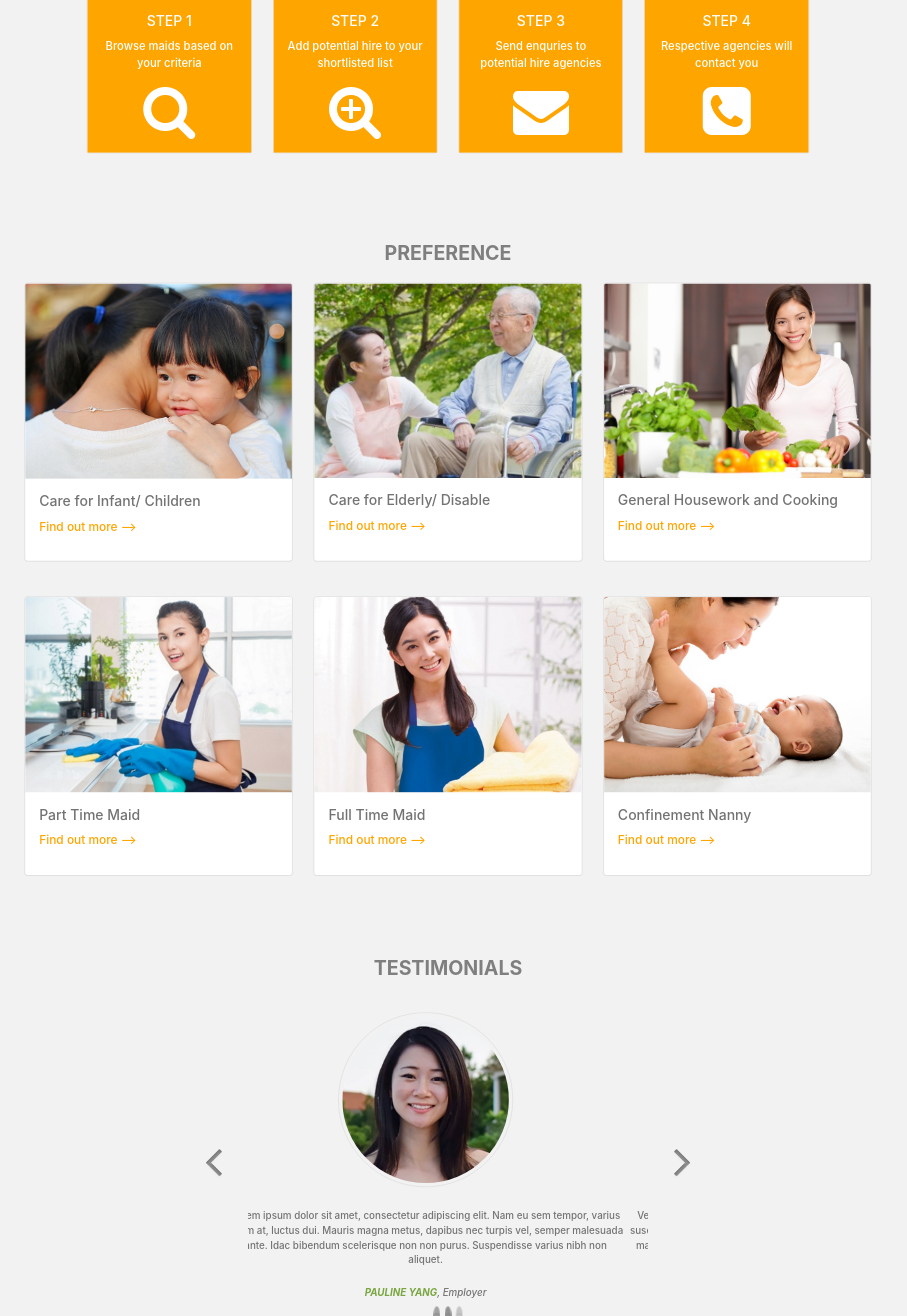
Repository: Code-Institute-Submissions/eileensiah-Project-4
Page: http://localhost/
The author's editor kept a record of every edit. The page is drawn from the files as they stood at one moment, then again after the next edit.
The browser window is 1280 px wide. The page is 1295 px wide, so the pictures cover 1295 px, including what lies to the right of the window. The pictures show the part of the page from y = 820 to 2700 px (the page is 3319 px tall), at 70% of full size.
Some web libraries are served in a nearby version. The page is served by the project's application, run on Django 2.2 (manage.py). Other server files are loaded and not shown.

Above is the page before.

### webfront/views.py
from django.shortcuts import render, HttpResponse
from agency.models import Maid
from accounts.models import User, Employer
from django.shortcuts import redirect
from django.shortcuts import get_object_or_404
from agency.models import Enquiry, Shortlist
from django.contrib import messages
from shortlisted_cart.models import ShortlistedMaid

# Create your views here.

def home(request):
    if request.user.is_authenticated:
        if request.user.role == "Agency":
            return redirect("enquiry")
        else:
            return redirect("index")


def index(request):

    return render(request, "index.html")



def searchmaid(request):

    filter = request.GET;
    results = {
        'nationality': filter.get("nationality"),
        'type_of_maid': filter.get('type_of_maid'),
        'main_responsibility': filter.get('main_responsibility'),
        'language_ability': filter.get('language_ability'),
        'marital_status': filter.get('marital_status'),
        'age': filter.get('age'),
    }
    print(results)
    if results["nationality"]== "none" or results['nationality']==None:
        del results["nationality"]

    if results["type_of_maid"]== "none" or results['type_of_maid']==None:
        del results["type_of_maid"]

    if results["main_responsibility"]== "none" or results['main_responsibility']==None:
        del results["main_responsibility"]

    if results["language_ability"]== "none" or results['language_ability']==None:
        del results["language_ability"]

    if results["marital_status"]== "none" or results['marital_status']==None:
        del results["marital_status"]

    if results["age"]== "none" or results['age']==None:
        del results["age"]

    if len(results) >0:
        print(results)
        searchmaid = Maid.objects.filter(**results)

    else:
        searchmaid = Maid.objects.all()
    context = {
        "searchmaid": searchmaid
    }
    return render(request, "searchmaid.html" , context)

def searchmaidresponsibility(request,responsibility):
    searchmaid = Maid.objects.filter(main_responsibility=responsibility)
    context = {
        "searchmaid": searchmaid
    }
    return render(request, "searchmaid.html" , context)


def contactus(request):
    employer = None
    if request.user.is_authenticated and request.user.role == "Employer":
        employer = Employer.objects.get(user=request.user)
    if request.method == 'POST':
        enquiry= Enquiry()
        enquiry.name= request.POST.get('input_name')
        enquiry.phonenumber= request.POST.get('input_phonenumber')
        enquiry.email= request.POST.get('input_email')
        enquiry.nationality= request.POST.get('input_nationality')
        enquiry.main_responsibility= request.POST.get('input_responsibility')
        enquiry.type_of_maid= request.POST.get('input_type_of_maid')
        enquiry.age= request.POST.get('input_age')
        enquiry.message= request.POST.get('input_message')
        enquiry.save()
    return render(request, "contactus.html", {
        "employer": employer
    })



def shortlisted(request):
    shortlisted_maids = None
    employer = None
    if request.user.is_authenticated and request.user.role == "Employer":
        employer = Employer.objects.get(user=request.user)
        shortlisted_maids = list(ShortlistedMaid.objects.filter(owner=employer))
    if request.method == 'POST':
        if request.user.is_authenticated and request.user.role == "Employer":
            for shortlisted_maid in shortlisted_maids:
                shortlist= Shortlist()
                shortlist.employer = employer
                shortlist.maid = shortlisted_maid.maid
                shortlist.agency = shortlisted_maid.maid.agency_name
                shortlist.message= request.POST.get('input_message')
                shortlist.save()
        else:
            return redirect("login")
    return render(request, "shortlisted.html", {
        "employer": employer,
        "shortlisted_maids": shortlisted_maids
    })

def login_required(request):
    return render(request,"loginrequired.html")

### template/webfront_base.html
{% load static %}


<!DOCTYPE html>
<html lang="en">
<head>
    <meta charset="UTF-8">
    <meta name="viewport" content="width=device-width, initial-scale=1.0">
    <meta http-equiv="X-UA-Compatible" content="ie=edge">
    <link href="https://fonts.googleapis.com/css?family=Roboto:400,700|Open+Sans" rel="stylesheet">
    <link rel="stylesheet" href="https://stackpath.bootstrapcdn.com/bootstrap/4.3.1/css/bootstrap.min.css" type="text/css" />
    <link rel="stylesheet" href="https://stackpath.bootstrapcdn.com/font-awesome/4.7.0/css/font-awesome.min.css" type="text/css" />
    <link rel="stylesheet" href="https://cdnjs.cloudflare.com/ajax/libs/hover.css/2.1.1/css/hover-min.css" type="text/css" />
    <link rel="stylesheet" href="{% static "style.css" %}"type="text/css" />
    <title>{% block title %}{% endblock %}</title>
</head>


<body>

<header>
  <nav class="navbar navbar-expand-lg navbar-light bg-white">
  <a class="navbar-brand" href="{% url 'index' %}"><img id="logo" class="pl-4 img-fluid d-md-block" src="{% static "images/logo.jpg" %}" alt=""></a>
  <button class="navbar-toggler" type="button" data-toggle="collapse" data-target="#navbarSupportedContent" aria-controls="navbarSupportedContent" aria-expanded="false" aria-label="Toggle navigation">
    <span class="navbar-toggler-icon"></span>
  </button>

  <div class="collapse navbar-collapse" id="navbarSupportedContent">
    <ul class="navbar-nav mr-auto">
      {% block navbar %}{% endblock %}
      <!--</div>-->
    </ul>
    <ul class="nav pull-right">
      {% if user.is_authenticated %}
        <li class="nav-item">
          <p class=nav-link>Hi, {{ user.username }}</p>
        </li>
         <li>
          <a class="nav-link" href="{% url 'logout' %}">Log Out</a>
        </li>
        {% else %}
         <li>
          <a class="nav-link" href="{% url 'login' %}">Employer Log In</a>
        </li>
         <li>
          <a class="nav-link" href="{% url 'employer_signup' %}">Employer Sign Up</a>
        </li>
        {% endif %}
    </ul>

  </div>
</nav>
</header>


{% block content %}{% endblock %}


<article>
  <section>
  <div class="row enquiry-container">
    <div class="col-md-2"></div>

    <div class="col-md-4">
      <h5 class ="enquiry-header">Let us help you find the most suitable maid</h5>
      <p class ="enquiry-content text-justify">OnlineMaid is the leading platform to find maids from local service providers.  Use our platform to shortlist potential maids and get local service providers to furnish you with further details. All service providers are vetted!</p>
      <button type="button" class="btn enquiry-btn" onclick="location.href='{% url 'contactus' %}'">Get Started Here</button>
    </div>

    <div class="col-md-4 ">
      <img class="img-responsive w-100" src="{% static "images/enquiry-image.jpg" %}" alt="Card image cap">
  </div>

    <div class="col-md-2"></div>
  </div>
  </section>
</article>


<footer class="page-footer font-small footer-style pt-4">
  <div class="container-fluid text-center text-md-left">
    <div class="row d-flex justify-content-around">

      <div class=" footer-left col-md-3 mt-md-0 mt-3">
        <p class="footer-content">Reach us @ +65 8200 0000</p>
        <p class= "footer-content">sales@onlinemaid.com.sg</p>

        <!-- social -->
        <a href="#" class="social so1 fa fa-facebook"></a>
        <a href="#" class="social fa fa-twitter"></a>
        <a href="#" class="social fa fa-google-plus"></a>
        <a href="#" class="social fa fa-linkedin"></a>
        <a href="#" class="social fa fa-pinterest"></a>
      </div>

      <div class="col-md-3 mb-md-0 mb-3">
        <ul class="list-unstyled">
          <li>
            <a href="{% url 'index' %}">Home</a>
          </li>
          <li>
            <a href="{% url 'searchmaid' %}">Search Maid</a>
          </li>
          <li>
            <a href="{% url 'shortlisted' %}">Shortlisted</a>
          </li>
          <li>
            <a href="{% url 'contactus' %}">Enquiry</a>
          </li>
        </ul>
      </div>

      <div class="col-md-3 mb-md-0 mb-3">
        <ul class="list-unstyled">
          {% if user.is_authenticated %}
          {% if user.role == "Agency" %}
          <li>
            <a href="{% url 'enquiry' %}">Agency Home</a>
          </li>
          {% endif %}
          <li>
            <a href="{% url 'logout' %}">Log Out</a>
          </li>
          {% else %}
          <li>
            <a href="{% url 'login' %}">Agency Log In</a>
          </li>
          <li>
            <a href="{% url 'agency_signup' %}">Agency Sign Up</a>
          </li>
          {% endif %}
        </ul>
      </div>

    </div>
  </div>

  <div class="footer-copyright text-center py-3">© 2019 Copyright OnlineMaid.  All Rights Reserved</div>
</footer>


<script src="https://code.jquery.com/jquery-3.3.1.slim.min.js" integrity="sha384-q8i/X+965DzO0rT7abK41JStQIAqVgRVzpbzo5smXKp4YfRvH+8abtTE1Pi6jizo" crossorigin="anonymous"></script>
<script src="https://cdnjs.cloudflare.com/ajax/libs/popper.js/1.14.7/umd/popper.min.js" integrity="sha384-UO2eT0CpHqdSJQ6hJty5KVphtPhzWj9WO1clHTMGa3JDZwrnQq4sF86dIHNDz0W1" crossorigin="anonymous"></script>
<script src="https://stackpath.bootstrapcdn.com/bootstrap/4.3.1/js/bootstrap.min.js" integrity="sha384-JjSmVgyd0p3pXB1rRibZUAYoIIy6OrQ6VrjIEaFf/nJGzIxFDsf4x0xIM+B07jRM" crossorigin="anonymous"></script>
{%block footer_js %}
{%endblock%}
</body>
</html>

### onlinemaid/urls.py
# onlinemaid urls


from django.contrib import admin
from django.urls import path, include
from webfront.views import index, searchmaid, contactus, shortlisted
from django.conf.urls.static import static
from django.conf import settings
from django.conf.urls import url


urlpatterns = [
    path('admin/', admin.site.urls),
    path('', include('webfront.urls')),
    path('accounts/', include('accounts.urls')),
    path('accounts/', include('django.contrib.auth.urls'), name='login'),
]+ static(settings.MEDIA_URL, document_root=settings.MEDIA_ROOT)

### webfront/urls.py
# webfront ulrs


from django.urls import path
from django.conf.urls import url
from .views import index, searchmaid, contactus, shortlisted,home, login_required, searchmaidresponsibility


urlpatterns = [
    path('', index, name="index"),
    path('searchmaid', searchmaid, name="searchmaid"),
    path('searchmaidr/<responsibility>', searchmaidresponsibility, name="searchmaidr"),
    path('shortlisted', shortlisted, name="shortlisted"),
    path('contactus', contactus, name="contactus"),
    path('home', home, name="home"),
    path('login_required', login_required, name="login_required"),
]

### accounts/urls.py
from django.urls import path
from django.conf.urls import url
from .views import SignUpView, AgencySignUpView, EmployerSignUpView
from . import views

urlpatterns = [
    path('signup/', SignUpView.as_view(), name='user_register'),
    path("account_edit/<pk>/", views.account_edit, name="account_edit"),
    url(r'^password/$', views.change_password, name='change_password'),
    path('accounts/signup/agency/', AgencySignUpView.as_view(), name='agency_signup'),
    path('accounts/signup/employer/', EmployerSignUpView.as_view(), name='employer_signup'),
]

### static/style.css

/*overall*/
*{
    padding: 0;
    margin: 0;
    box-sizing: border-box;
    color: #737373;
    font-weight: 500;
}



/*header*/
#logo {
    height: 55px;
    max-width:100%;
}

.active{
     font-size: 25px;
}

.nav-item{
    padding: 0px 20px;
    font-weight:600;
    font-size: 18px;

}

.nav-link {
        color: #0571bb !important;
}

.active .nav-link {
   color: #234c7a !important;
   font-weight: bold;
}


/*footer*/
.footer-style{
    background: #666666;
}


.footer-content,
.social,
.footer-copyright,
.list-unstyled a {
    color: white;
}


.footer-left a:hover,
.list-unstyled a:hover {
   color:orange;
}


.list-unstyled a {
   text-decoration: none;
}


.footer-copyright{
    font-size: 12px;
}



/*Section 1-jumbotron*/
.j1 {
    background-image: url("images/banner.jpg");
    background-size: cover;
    color: white;
    padding : 120px 0px;
    margin: 0px 0px 120px;
     }


.maids-portal,
.getStarted{
   text-align: center;
    font-weight: 600;
    color: white;
    margin: 0px 20px 20px 20px;
    margin-bottom: 20px;
}


.getStarted{
    font-size: 20px;
}


.form-row {
    padding: 50px 0px 0px 0px;
}


.form-control {
    color: #737373;
    font-weight: 500;
}


.btn {
    background-color: #808080;
    color: white;
    padding: 0px 40px;
    font-weight: 600;
}


.btn:hover {
    background: orange;
    color: white;
}

@media (max-width:768px) {
    .form-row {
        padding:40px;
    }
}

/*section 2 - 4 Steps*/
.section-header{
    text-align: center;
    margin: 80px 0px 10px 0px ;
    line-height: 25px;
    font-weight: 700;
    position: relative;
    opacity: 0.9;
}


.steps-line{
    text-align: center;
    margin: 20px;
    padding: 0px;
    line-height: 25px;
    font-size: 18px;
}


.four-steps-container {
    margin: 50px 0px 0px 0px;
}


.steps-box {
    background-color: orange;
    text-align: center;
    font-weight: 500;
    color: white;
}


.steps-box-content {
    color: white;
}


.i{
    font-size: 100px;
}



/*index.html section 3*/
.six-choices-1 {
   margin: 30px 20px 30px 20px;
}


.six-choices-2 {
   margin: 30px 20px 20px 20px;
}


.maid-experience a:hover{
    text-decoration: none;
}


.maid-experience p {
    color: orange;
    font-size: 17px;
}



/*section 4 - enquiry-box*/
.enquiry-container {
    min-height: 350px;
    background-color: #999999;
    color: white;
    margin: 80px 0px 0px;
}


.enquiry-header {
    margin: 40px 30px 20px;
    /*margin-bottom: 20px;*/
    color: white;
}


.enquiry-content {
 font-size: 16px;
 margin: 40px 30px 20px;

 color: white;
}


.enquiry-btn{
    background: orange;
    color: white;
    padding: 0px 20px;
    min-height: 38px;
    margin: 0px 50px 30px;
    font-weight: 600
}


.filter-btn{
    background: orange;
    color: white;
    padding: 0px 70px;
    min-height: 40px;
    font-weight: 600
}


.shortlisted-btn{
    background: orange;
    color: white;
    padding: 0px 70px;
    min-height: 40px;
    font-weight: 600;
    margin: 10px 20px;
}



.contact-form .btn-primary:hover,
.enquiry-btn:hover,
.filter-btn:hover,
.bio-btn:hover,
.signupbtn:hover{
    background: #1d93e2;
    color: white;
    border: none;
}


/*section 5 - testimonial*/
.carousel {
	margin: 50px auto;
	padding: 0 70px;
}

.carousel .item {
	/*color: #999;*/
	font-size: 14px;
    text-align: center;
	overflow: hidden;
    min-height: 290px;
}


.carousel .item .img-box {
	width: 250px;
	height: 250px;
	margin: 0 auto;
	padding: 5px;
	border: 1px solid #ddd;
	border-radius: 50%;
}


.carousel .img-box img {
	width: 100%;
	height: 100%;
	display: block;
	border-radius: 50%;
}


.carousel .testimonial {
	padding: 30px 0 10px;
}


.carousel .overview {
	font-style: italic;
}


.overview b {
	text-transform: uppercase;
	color: #7AA641;
}


.carousel .carousel-control {
	width: 40px;
    height: 40px;
    margin-top: -20px;
    top: 50%;
	background: none;
}


.carousel-control i {
    font-size: 68px;
	line-height: 42px;
    position: absolute;
    display: inline-block;
	color: rgba(0, 0, 0, 0.8);
    text-shadow: 0 3px 3px #e6e6e6, 0 0 0 #000;
}


.carousel .carousel-indicators {
	bottom: -40px;
}


.carousel-indicators li, .carousel-indicators li.active {
	width: 10px;
	height: 10px;
	margin: 1px 3px;
	border-radius: 50%;
}


.carousel-indicators li {
	background: #999;
	border-color: transparent;
	box-shadow: inset 0 2px 1px rgba(0,0,0,0.2);
}


.carousel-indicators li.active {
	background: #555;
	box-shadow: inset 0 2px 1px rgba(0,0,0,0.2);
}





/*searchMaid Jumbotron*/

.header-jumbotron {
   background-image: url("images/banner.jpg");
    background-size: cover;
    padding : 30px 0px 30px 125px;
    /*margin-bottom: 30px;*/
    opacity: 0.8;
     }


.header-jumbotron-text{
    color: white;
    font-weight: 700
}


.bio-container {
    margin: 110px 0px 0px 0px;

}


@media (min-width:768px) {
    .bio-container {
       padding-left: 50px;
    }
}


.padding-left{
    padding-left: 40px;
}

.filter {
    margin: 10px 30px 20px 0px;

    color: #737373;
}


.filter-dropdown-box{
    height: 50px;
}


.maid-name{
    font-size: 20px;
    font-weight: 700;
    padding: 15px 0px 0px;
}


.small-label{
    font-size:13px;
    margin: 7px 0px;
}

.big-label{
    margin: 0px;
    padding: 0px;
}


.name-and-country,
.age-marital-status,
.maid-type,
.agency-name{
   padding: 0px 0px 5px 10px;
   margin: 0px 10px 2px;
   border-bottom-color: #e6e6e6;
   border-top:none;
}


.bio-btn{
    padding: 7px 0px;
    margin: 5px 10px;
    border: 0px;
    background: orange;
    font-weight: 600
}


.pagination-margin{
    margin: 50px 0px 0px;
}

@media (min-width:768px) {
    .card-deck{
        margin-bottom:50px;
    }
}

@media (max-width:768px) {
    .card-deck{
        padding: 0px 20px;
    }
}


/*enquiry-form*/
.searchmaid-body,
.enquiry-body{
        background: #f5f5f5;
    }


.contact-form {
    padding: 10px 50px;
}


.contact-form .btn  {
    min-height: 38px;
    border-radius: 5px;
    min-width: 150px;
    background: orange;
    border: none;
}


.hint-text {
    font-size: 18px;
    padding-bottom: 30px;
    opacity: 0.9;
}


.particular {
    opacity: 0.7;
}


.hint-text{
    text-align:center;
}



/*Price list css style*/
/*container background colour*/
body {
  background: #F2F2F2;
  padding: 0;
  maring: 0;
}


/*overall container*/
#price {
  text-align: center;
  margin-top: 50px;
}


/*individual plan container with margin*/
.plan {
  display: inline-block;
  margin: 10px 1%;
}


/*inner area of each plan*/
.plan-inner {
  background: #fff;
  margin: 0 auto;
  min-width: 280px;
  max-width: 100%;
  position:relative;
}


.plan-title {
  /*background: #53CFE9;*/
  height: 140px;
  position: relative;
  text-align: center;
  color: #fff !important;
  margin-bottom: 30px;
}


.plan-title>h3 {
  /*background: #20BADA;*/
  font-size: 20px;
  padding: 5px 0;
  text-transform: uppercase;
  font-weight: 700;
  margin: 0;
  color: #fff
}


.plan-title .price {
  position: absolute;
  bottom: -25px;
  /*background: #20BADA;*/
  height: 95px;
  width: 95px;
  margin: 0 auto;
  left: 0;
  right: 0;
  overflow: hidden;
  border-radius: 50px;
  border: 5px solid #fff;
  line-height: 80px;
  font-size: 28px;
  font-weight: 700;
  color: #fff
}


.price span {
  position: absolute;
  font-size: 9px;
  bottom: -10px;
  left: 30px;
  font-weight: 400;
}


.plan-content {
  color: #323232;
}


.plan-content ul {
  margin: 0;
  padding: 0;
  list-style: none;
  text-align: center;
}


.plan-content li {
  border-bottom: 1px solid #E5E5E5;
  padding: 10px 0;
}


.plan-content li:last-child {
  border: none;
}



.plan-btn {
    background-color: #ffff66;
    color: white;
    padding: 10px 30px;
    text-transform: uppercase;
    font-weight: 700;
    text-decoration: none;
}

.plan-btn a{
    text-decoration: none;
}


.plan-btn:hover{
    background: orange;
    color: white;
    text-decoration: none;
}


.hot {
    position: absolute;
    top: -7px;
    background: #F80;
    color: #fff;
    text-transform: uppercase;
    z-index: 2;
    padding: 2px 5px;
    font-size: 9px;
    border-radius: 2px;
    right: 10px;
    font-weight: 700;
}


.basic .plan-title {
  background: #75DDD9;
}


.basic .plan-title > h3 {
  background: #44CBC6;
}


.basic .price {
  background: #44CBC6;
}


.standard .plan-title {
  background: #4484c1;
}


.standard .plan-title > h3 {
  background: #3772aa;
}


.standard .price {
  background: #3772aa;
}


.premium .plan-title > h3 {
  background: #DD4B5E;
}


.premium .plan-title {
  background: #F75C70;
}


.premium .price {
  background: #DD4B5E;
}


/*Registration related form*/

.tablestyle{
    margin: auto;

}

.tablestyle tbody tr{
   height: 50px;
}

.tablestyle tbody th{
    width: 250px;
}

.tablestyle tbody td input{
    height: 40px;
    width: 300px;
}

.signupbtn{
    margin: auto;
    display: block;
    height: 40px;
    width: 150px;
    background-color: orange;
    color:white;
}


.nav {
    list-style-type: none;
    padding: 0;
    margin: 0;
}
.nav li {
    display: inline-block;
    font-size: 15px;
}

.pull-right {
    float: right;
}

@media (min-width:768px) {
    .media-padding{
        padding-right: 100px;
    }
}


@media (min-width: 576px){
    .modal-dialog-edit {
        max-width: 650px;
        margin: 1.75rem auto;
    }
}

Loaded but not shown: webfront/templates/index.html (218 lines, source omitted)

After the next edit:
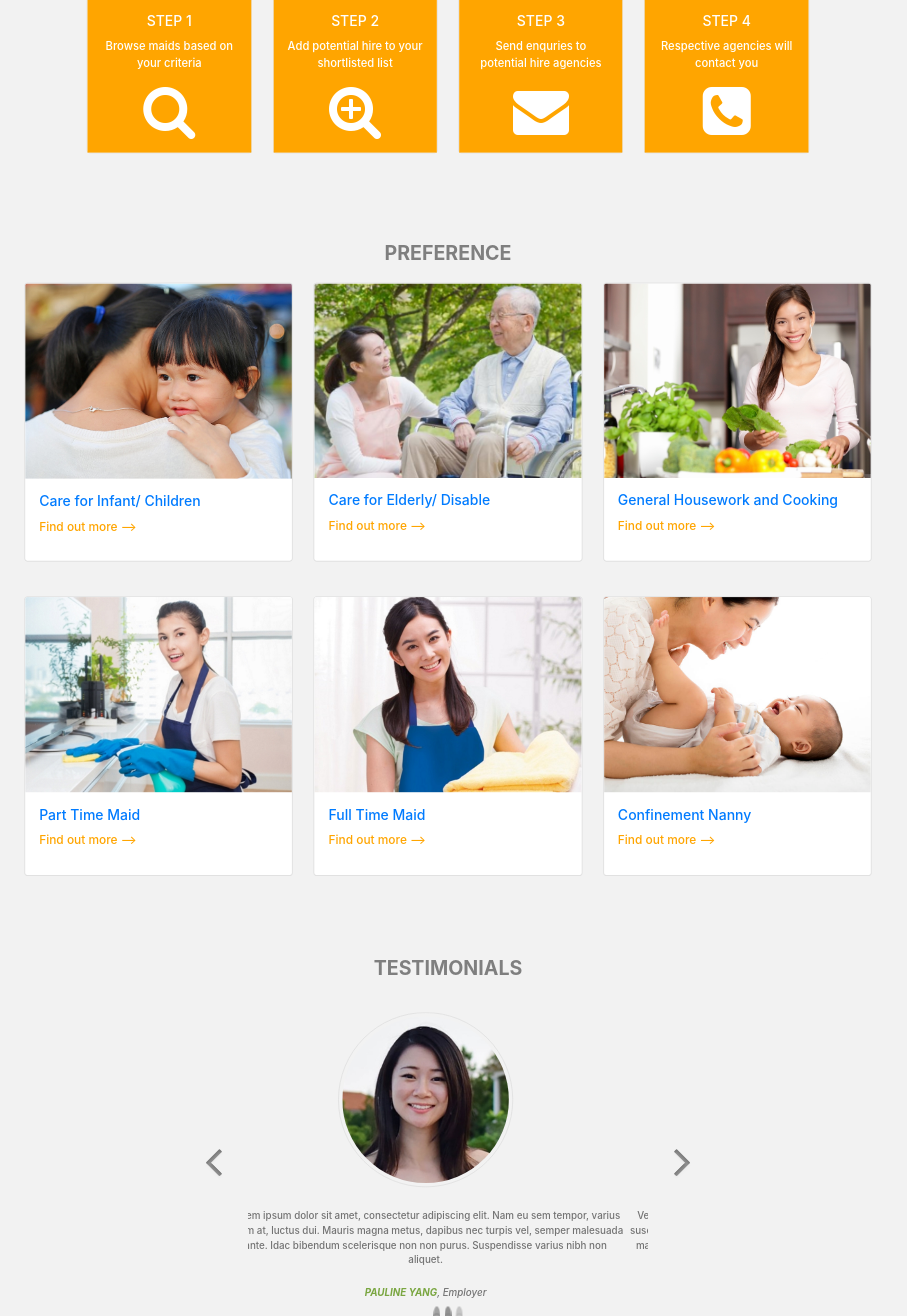
The edit:
--- a/static/style.css
+++ b/static/style.css
@@ -4,7 +4,7 @@
     padding: 0;
     margin: 0;
     box-sizing: border-box;
-    color: #737373;
+    /*color: #737373;*/
     font-weight: 500;
 }
 
